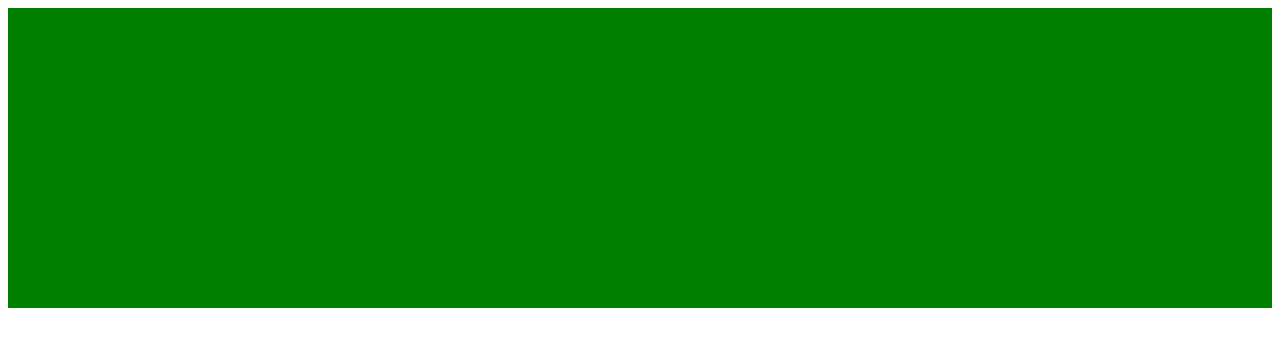
Repository: motiejus1/13-paskaita-05.31
Page: index.html
An editor plug-in stored every save of this project. The page is shown before and after the next save, followed by the edit.
The browser window is 1280 px wide. The pictures show the whole page.

Above is the page before, as saved 2021-06-21 18:51:40.

After the next save:
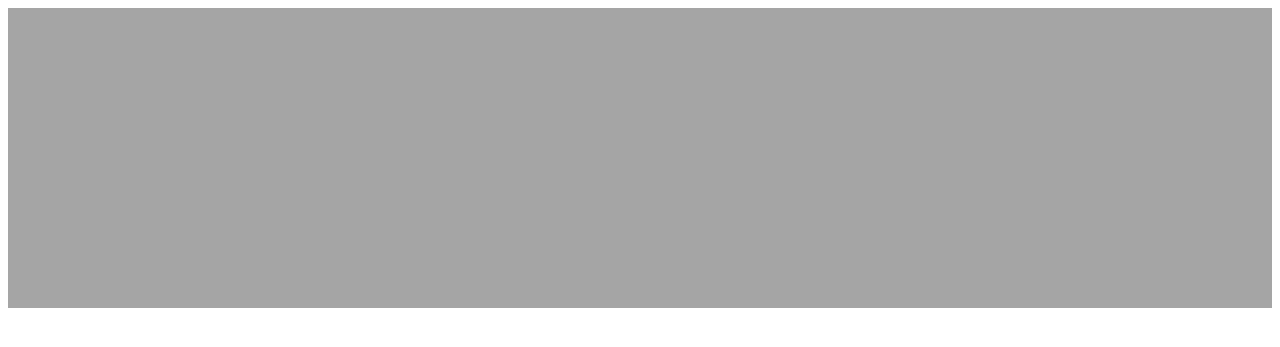
Saved 7 s later.
--- a/index.html
+++ b/index.html
@@ -8,7 +8,7 @@
     <style>
         .container {
             height: 300px;
-            background-color: green ;
+            background-color: rgb(165, 165, 165) ;
         }
     </style>
 
